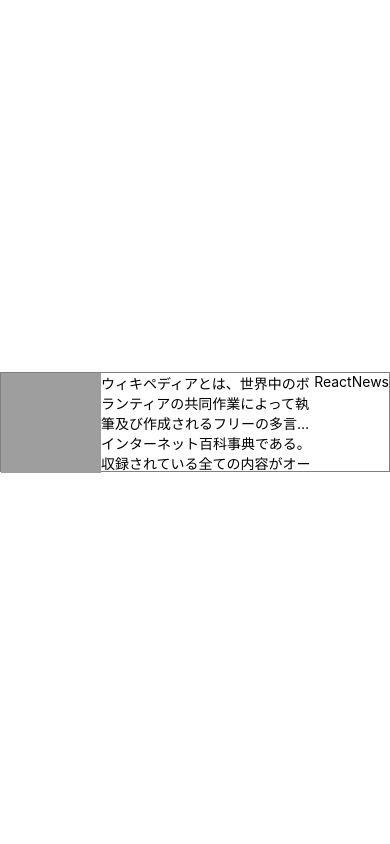
Repository: kawamoto0429/udemy_news
Screen: /
The author's editor kept a copy of each file at every save. The screen is drawn from the files as they stood at one save, then again after the next save.
Pictures or frames that could not be fetched are drawn as grey boxes. The app was drawn by React Native's web renderer in a window 390 px wide. The project was rebuilt for these pictures with package versions that can differ from the ones it lists, and the page was loaded fresh each time.

Above is the screen before, as saved 2022-03-02 21:03:48.

After the next save:
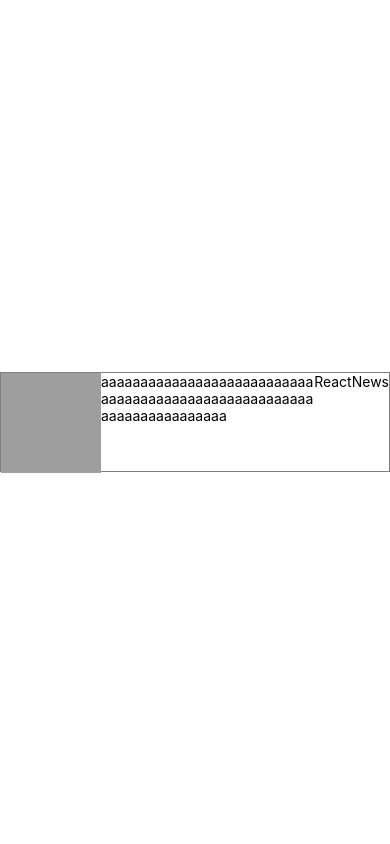
Saved 56 s later.
--- a/App.js
+++ b/App.js
@@ -42,7 +42,7 @@ export default function App() {
         </View>
         <View style={styles.rightContainer}/>
           <Text numberOfLines={3}>
-          ウィキペディアとは、世界中のボランティアの共同作業によって執筆及び作成されるフリーの多言語インターネット百科事典である。収録されている全ての内容がオープンコンテントで商業広告が存在しないということを特徴とし、
+            aaaaaaaaaaaaaaaaaaaaaaaaaaaaaaaaaaaaaaaaaaaaaaaaaaaaaaaaaaaaaaaaaaaaaa
           </Text>
           <Text>
             ReactNews
